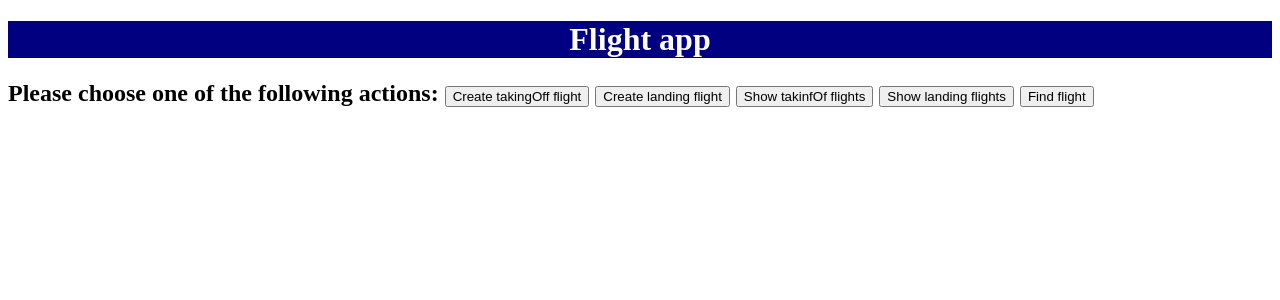
Repository: kerenrachev/Flight-App-Project
Page: FlightApp/WebContent/Web.html
An editor plug-in stored every save of this project. The page is shown before and after the next save, followed by the edit.
The browser window is 1280 px wide. The pictures show the whole page.

Above is the page before, as saved 2020-08-19 15:38:02.

After the next save:
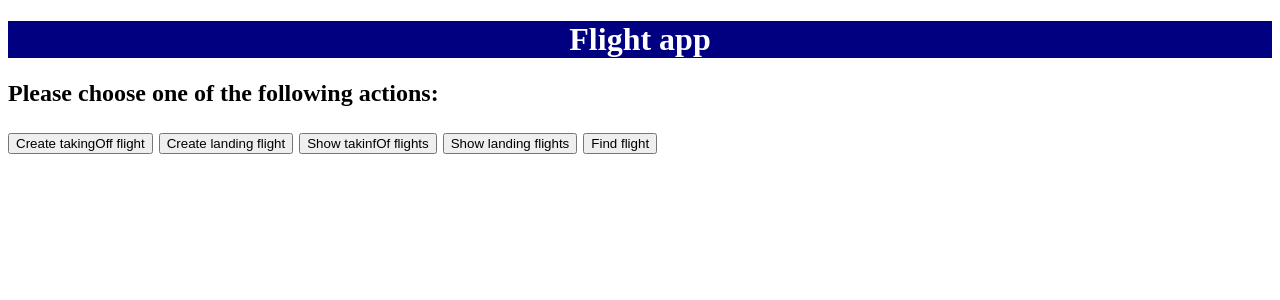
Saved 5 s later.
--- a/FlightApp/WebContent/Web.html
+++ b/FlightApp/WebContent/Web.html
@@ -16,7 +16,7 @@ h2{
 </style>
 <body>
 <h1> Flight app </h1>
-<h2> Please choose one of the following actions: <h>
+<h2> Please choose one of the following actions: <h2>
 <button type="Button">Create takingOff flight</button>
 <button type="Button">Create landing flight</button>
 <button type="Button">Show takinfOf flights</button>
